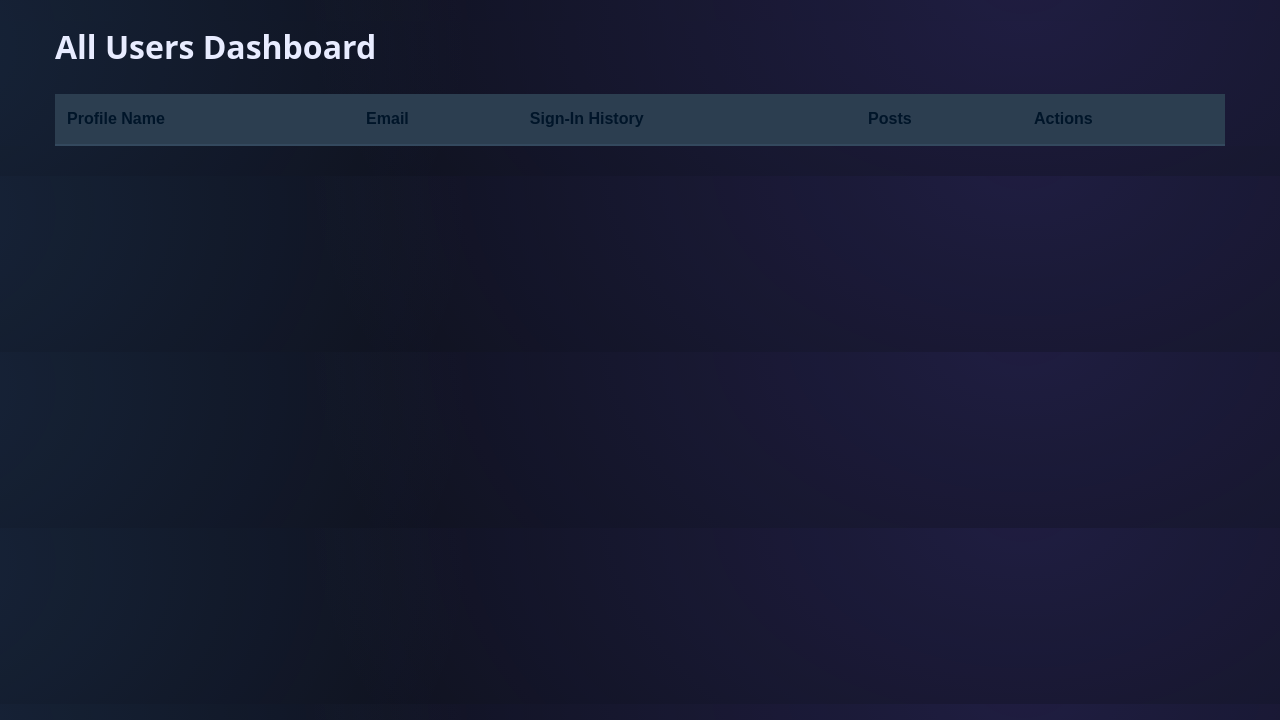
Repository: burhannaseer/CloudClips
Page: dashboard.html
The author's editor kept a copy of each file at every save. The page is drawn from the files as they stood at one save, then again after the next save.
The browser window is 1280 px wide. The pictures show the whole page.

Above is the page before, as saved 2025-08-14 12:16:08.

### dashboard.html
<!DOCTYPE html>
<html lang="en">
<head>
  <meta charset="UTF-8" />
  <meta name="viewport" content="width=device-width, initial-scale=1.0"/>
  <title>All Users Dashboard</title>
  <link rel="stylesheet" href="styles.css"/>
</head>
<body>
  <div class="dashboard-container">
    <h1>All Users Dashboard</h1>

    <table class="dashboard-table">
      <thead>
        <tr>
          <th>Profile Name</th>
          <th>Email</th>
          <th>Sign-In History</th>
          <th>Posts</th>
          <th>Actions</th>
        </tr>
      </thead>
      <tbody id="dashboardBody"></tbody>
    </table>
  </div>

  <!-- Edit Modal -->
  <div id="edit-profile-modal" class="modal" style="display:none;">
    <div class="modal-content">
      <span class="close" onclick="cancelEdit()">&times;</span>
      <h2>Edit Profile</h2>
      <form id="editProfileForm">
        <input type="hidden" id="editUserEmail" />
        <label>First Name</label>
        <input type="text" id="editFirstName" required />
        <label>Last Name</label>
        <input type="text" id="editLastName" required />
        <label>Phone</label>
        <input type="text" id="editPhone" required />
        <button type="submit">Save</button>
      </form>
    </div>
  </div>

  <script>
    const users = JSON.parse(localStorage.getItem('users')) || [];
    const signInHistory = JSON.parse(localStorage.getItem('signInHistory')) || {};
    const posts = JSON.parse(localStorage.getItem('posts')) || [];
    const loggedInUser = JSON.parse(localStorage.getItem('loggedInUser'));
    const dashboardBody = document.getElementById('dashboardBody');

    function renderDashboard() {
      dashboardBody.innerHTML = '';

      const allUsers = JSON.parse(localStorage.getItem('users')) || [];

      allUsers.forEach(user => {
        const tr = document.createElement('tr');

        const nameTd = document.createElement('td');
        nameTd.textContent = `${user.firstName} ${user.lastName}`;
        const emailTd = document.createElement('td');
        emailTd.textContent = user.email;

        const historyTd = document.createElement('td');
        const history = signInHistory[user.email] || [];
        historyTd.innerHTML = history.length
          ? '<ul>' + history.map(h => `<li>${new Date(h).toLocaleString()}</li>`).join('') + '</ul>'
          : '—';

        const postsTd = document.createElement('td');
        const userPosts = posts.filter(p => p.userEmail === user.email);
        postsTd.innerHTML = userPosts.length
          ? '<ul>' + userPosts.map(p => `<li>${p.title || 'Untitled'}</li>`).join('') + '</ul>'
          : '—';

        const actionsTd = document.createElement('td');
        if (loggedInUser && loggedInUser.email === user.email) {
          const editBtn = document.createElement('button');
          editBtn.textContent = 'Edit';
          editBtn.onclick = () => showEditForm(user);
          actionsTd.appendChild(editBtn);
        }

        const deleteBtn = document.createElement('button');
        deleteBtn.textContent = 'Delete';
        deleteBtn.onclick = () => deleteUser(user.email);
        actionsTd.appendChild(deleteBtn);

        tr.append(nameTd, emailTd, historyTd, postsTd, actionsTd);
        dashboardBody.appendChild(tr);
      });
    }

    function showEditForm(user) {
      document.getElementById('editUserEmail').value = user.email;
      document.getElementById('editFirstName').value = user.firstName;
      document.getElementById('editLastName').value = user.lastName;
      document.getElementById('editPhone').value = user.phone || '';
      document.getElementById('edit-profile-modal').style.display = 'block';
    }

    function cancelEdit() {
      document.getElementById('edit-profile-modal').style.display = 'none';
    }

    document.getElementById('editProfileForm').addEventListener('submit', function(e) {
      e.preventDefault();
      const email = document.getElementById('editUserEmail').value;
      const updatedFirstName = document.getElementById('editFirstName').value.trim();
      const updatedLastName = document.getElementById('editLastName').value.trim();
      const updatedPhone = document.getElementById('editPhone').value.trim();

      let allUsers = JSON.parse(localStorage.getItem('users')) || [];

      allUsers = allUsers.map(u => {
        if (u.email === email) {
          return { ...u, firstName: updatedFirstName, lastName: updatedLastName, phone: updatedPhone };
        }
        return u;
      });

      localStorage.setItem('users', JSON.stringify(allUsers));

      if (loggedInUser && loggedInUser.email === email) {
        const updatedUser = { ...loggedInUser, firstName: updatedFirstName, lastName: updatedLastName, phone: updatedPhone };
        localStorage.setItem('loggedInUser', JSON.stringify(updatedUser));
      }

      alert('Profile updated.');
      cancelEdit();
      renderDashboard();
    });

    function deleteUser(email) {
      if (!confirm('Are you sure you want to delete this user?')) return;

      let allUsers = JSON.parse(localStorage.getItem('users')) || [];
      allUsers = allUsers.filter(u => u.email !== email);
      localStorage.setItem('users', JSON.stringify(allUsers));

      const postList = JSON.parse(localStorage.getItem('posts')) || [];
      const updatedPosts = postList.filter(p => p.userEmail !== email);
      localStorage.setItem('posts', JSON.stringify(updatedPosts));

      const history = JSON.parse(localStorage.getItem('signInHistory')) || {};
      delete history[email];
      localStorage.setItem('signInHistory', JSON.stringify(history));

      if (loggedInUser && loggedInUser.email === email) {
        localStorage.removeItem('loggedInUser');
        alert('Your account was deleted. Redirecting to sign in.');
        window.location.href = 'signin.html';
        return;
      }

      renderDashboard();
    }

    renderDashboard();
  </script>
</body>
</html>

### styles.css
/* Clean Classic Instagram Clone Theme */

body {
  font-family: Arial, sans-serif;
  background-color: #f5f5f5;
  color: hsl(212, 100%, 51%);
  margin: 0;
  padding: 0;
}

.container {
  width: 90%;
  max-width: 800px;
  margin: 0 auto;
}

header {
  background-color: #2e4dff;
  color: white;
  padding: 15px 0;
  text-align: center;
}

header h1 {
  margin: 0;
  font-size: 1.6em;
}

header nav {
  margin-top: 10px;
}

header nav a {
  color: white;
  text-decoration: none;
  margin: 0 12px;
  font-weight: bold;
}

header nav a:hover {
  text-decoration: underline;
}

main {
  margin-top: 30px;
}

form {
  background-color: white;
  padding: 20px;
  border-radius: 8px;
  margin-bottom: 30px;
  box-shadow: 0 0 5px rgba(0, 0, 0, 0.1);
}

input, textarea {
  width: 100%;
  margin-bottom: 15px;
  padding: 10px;
  font-size: 1rem;
  border: 1px solid #ccc;
  border-radius: 4px;
}

input[type="file"] {
  padding: 6px;
}

button {
  padding: 10px 15px;
  background-color: #333;
  color: white;
  border: none;
  border-radius: 4px;
  font-weight: bold;
  cursor: pointer;
}

button:hover {
  background-color: #555;
}

.feed {
  display: flex;
  flex-direction: column;
  gap: 20px;
}

.post {
  background-color: white;
  border-radius: 10px;
  padding: 15px;
  box-shadow: 0 0 10px rgba(0,0,0,0.05);
}

.post h3 {
  margin-bottom: 10px;
  font-size: 1.2rem;
}

.post img,
.post video {
  width: 100%;
  border-radius: 6px;
  margin-bottom: 10px;
}

.post p {
  margin: 0 0 10px;
}

.actions {
  display: flex;
  justify-content: start;
  gap: 15px;
  font-size: 1.2rem;
}

.actions span {
  cursor: pointer;
}

.actions span:hover {
  opacity: 0.7;
}

footer {
  background-color: #2e4dff;
  color: white;
  text-align: center;
  padding: 10px 0;
  margin-top: 50px;
  font-size: 0.9em;
}

/* Responsive */
@media (max-width: 600px) {
  header nav {
    display: flex;
    flex-direction: column;
    gap: 8px;
  }
}
/* Container for the entire dashboard */
.dashboard-container {
  max-width: 1200px;
  margin: 20px auto;
  padding: 0 15px;
  box-sizing: border-box;
}

/* Table styling */
.dashboard-table {
  width: 100%;
  border-collapse: collapse;
  margin-bottom: 30px;
  font-family: Arial, sans-serif;
}

/* Header row */
.dashboard-table thead {
  background-color: #2c3e50;
  color: #001529;
}

.dashboard-table th {
  padding: 12px;
  text-align: left;
  font-size: 1rem;
  border-bottom: 2px solid #34495e;
}

/* Body rows */
.dashboard-table tbody tr {
  border-bottom: 1px solid #ffff;
}

.dashboard-table tbody tr:nth-child(even) {
  background-color: #001529;
}

.dashboard-table td {
  padding: 12px;
  vertical-align: top;
  font-size: 0.9rem;
}

/* Actions column (e.g., edit, delete buttons) */
.dashboard-table .actions {
  display: flex;
  gap: 8px;
}

.dashboard-table .actions button {
  padding: 6px 12px;
  border: none;
  border-radius: 4px;
  cursor: pointer;
  font-size: 0.85rem;
  background-color: #3498db;
  color: #fff;
  transition: background-color 0.2s;
}

.dashboard-table .actions button:hover {
  background-color: #2980b9;
}

/* Responsive: horizontal scroll on small screens */
@media (max-width: 768px) {
  .dashboard-table {
    display: block;
    overflow-x: auto;
    white-space: nowrap;
  }
}



/* ========== CloudClips Theme Enhancements ========== */
:root{
  --bg: #0f1220;
  --surface: #151a2d;
  --surface-2: #1b2140;
  --text: #e8ecff;
  --muted: #a9b1d6;
  --primary: #7c5cff;
  --primary-2: #4fb3ff;
  --accent: #00d4ff;
  --success: #27c93f;
  --danger: #ff5573;
  --warn: #ffb020;
  --shadow: 0 10px 30px rgba(0,0,0,.35);
}

*{box-sizing:border-box}
html,body{
  margin:0;
  padding:0;
  background: radial-gradient(1200px 800px at 80% -10%, rgba(124,92,255,.15), transparent 60%),
              radial-gradient(1000px 700px at -10% 20%, rgba(79,179,255,.12), transparent 60%),
              var(--bg);
  color:var(--text);
  font-family: ui-sans-serif, system-ui, -apple-system, Segoe UI, Roboto, Inter, "Helvetica Neue", Arial, "Noto Sans", "Apple Color Emoji", "Segoe UI Emoji";
  line-height:1.6;
  scroll-behavior:smooth;
}

/* Container */
.container{width:min(1100px, 92%); margin:0 auto;}

/* Navbar */
.navbar{
  position:sticky; top:0; z-index:50;
  backdrop-filter: saturate(160%) blur(8px);
  background: linear-gradient( to bottom, rgba(10,12,24,.9), rgba(10,12,24,.6) );
  border-bottom: 1px solid rgba(255,255,255,.06);
}
.navbar-inner{ display:flex; align-items:center; justify-content:space-between; padding:14px 0; }
.brand{
  display:flex; align-items:center; gap:10px; font-weight:800; letter-spacing:.3px;
  text-decoration:none; color:var(--text); font-size:1.1rem;
}
.brand-badge{
  display:inline-grid; place-items:center; width:34px;height:34px; border-radius:10px;
  background: linear-gradient(135deg, var(--primary), var(--accent));
  box-shadow: 0 8px 18px rgba(124,92,255,.35), inset 0 1px 0 rgba(255,255,255,.2);
  font-weight:900;
}
.nav-actions{ display:flex; align-items:center; gap:10px; }
.theme-toggle, .btn{
  border:1px solid rgba(255,255,255,.1);
  background: linear-gradient(180deg, var(--surface), var(--surface-2));
  color:var(--text);
  padding:10px 14px; border-radius:12px; cursor:pointer;
  transition: transform .12s ease, background .3s ease, border-color .3s ease, box-shadow .3s ease;
  box-shadow: 0 6px 16px rgba(0,0,0,.25);
}
.theme-toggle:hover, .btn:hover{ transform: translateY(-1px); border-color: rgba(255,255,255,.2); }
.btn:active{ transform: translateY(0); }

/* Buttons */
.btn-primary{
  background: linear-gradient(135deg, var(--primary), var(--primary-2));
  border: none;
}
.btn-outline{ background: transparent; border:1px solid rgba(255,255,255,.18); }
.btn-ghost{ background: transparent; border:none; }
.btn-pill{ border-radius:999px; padding:10px 18px; }

/* Cards */
.card{
  background: linear-gradient(180deg, rgba(255,255,255,.04), rgba(255,255,255,.02));
  border:1px solid rgba(255,255,255,.08);
  border-radius:18px; padding:18px;
  box-shadow: var(--shadow);
  transition: transform .2s ease, box-shadow .2s ease, border-color .2s ease;
}
.card:hover{ transform: translateY(-3px); border-color: rgba(255,255,255,.15); }

/* Inputs */
.input, input[type="text"], input[type="email"], input[type="password"], input[type="file"], textarea, select{
  width:100%; padding:12px 14px; border-radius:12px;
  background: linear-gradient(180deg, var(--surface), var(--surface-2));
  border:1px solid rgba(255,255,255,.1); color:var(--text);
  outline:none; transition: border-color .2s ease, box-shadow .2s ease;
}
.input:focus, input:focus, textarea:focus, select:focus{
  border-color: var(--primary); box-shadow: 0 0 0 3px rgba(124,92,255,.25);
}

/* Grid */
.grid{ display:grid; gap:16px; }
.grid-2{ grid-template-columns: repeat(2, minmax(0,1fr)); }
.grid-3{ grid-template-columns: repeat(3, minmax(0,1fr)); }
@media (max-width: 900px){ .grid-3{ grid-template-columns: 1fr 1fr; } }
@media (max-width: 640px){ .grid-2, .grid-3{ grid-template-columns: 1fr; } }

/* Hero */
.hero{
  padding:64px 0 34px;
}
.hero h1{ font-size: clamp(1.8rem, 4vw, 2.4rem); line-height:1.2; margin:0 0 10px; }
.hero p{ color: var(--muted); margin:0 0 18px; }

/* Footer */
.footer{
  margin-top:40px; padding:22px 0; text-align:center;
  border-top: 1px solid rgba(255,255,255,.08);
  color:var(--muted);
}

/* Reveal Animations */
.reveal{ opacity:0; transform: translateY(16px) scale(.98); transition: opacity .6s ease, transform .6s cubic-bezier(.2,.7,.1,1); }
.reveal.show{ opacity:1; transform: none; }

/* Hover Zoom for media tiles */
.media-tile{
  position:relative; overflow:hidden; border-radius:16px;
  aspect-ratio: 1 / 1.2; background: #0a0d1c;
  border:1px solid rgba(255,255,255,.06);
}
.media-tile img, .media-tile video{
  width:100%; height:100%; object-fit:cover; display:block;
  transition: transform .5s ease;
}
.media-tile:hover img, .media-tile:hover video{ transform: scale(1.05); }

/* Link */
a{ color: var(--primary-2); text-decoration:none; }
a:hover{ text-decoration:underline; }

/* Utility */
.mt-2{ margin-top:8px } .mt-4{ margin-top:16px } .mt-6{ margin-top:24px }
.mb-2{ margin-bottom:8px } .mb-4{ margin-bottom:16px } .mb-6{ margin-bottom:24px }

/* Dark/Light toggle support */
.light body, body.light{
  background: #f6f7fb;
  color:#0b0e1a;
}
.light .navbar{ background: rgba(255,255,255,.8); border-bottom: 1px solid rgba(0,0,0,.06); }
.light .card{ background: white; border-color: rgba(0,0,0,.08); }
.light .btn, .light .input{ background:white; color:#0b0e1a; border-color: rgba(0,0,0,.1); }
.light a{ color:#2d5fff; }
.light .media-tile{ border-color: rgba(0,0,0,.08); }

After the next save:
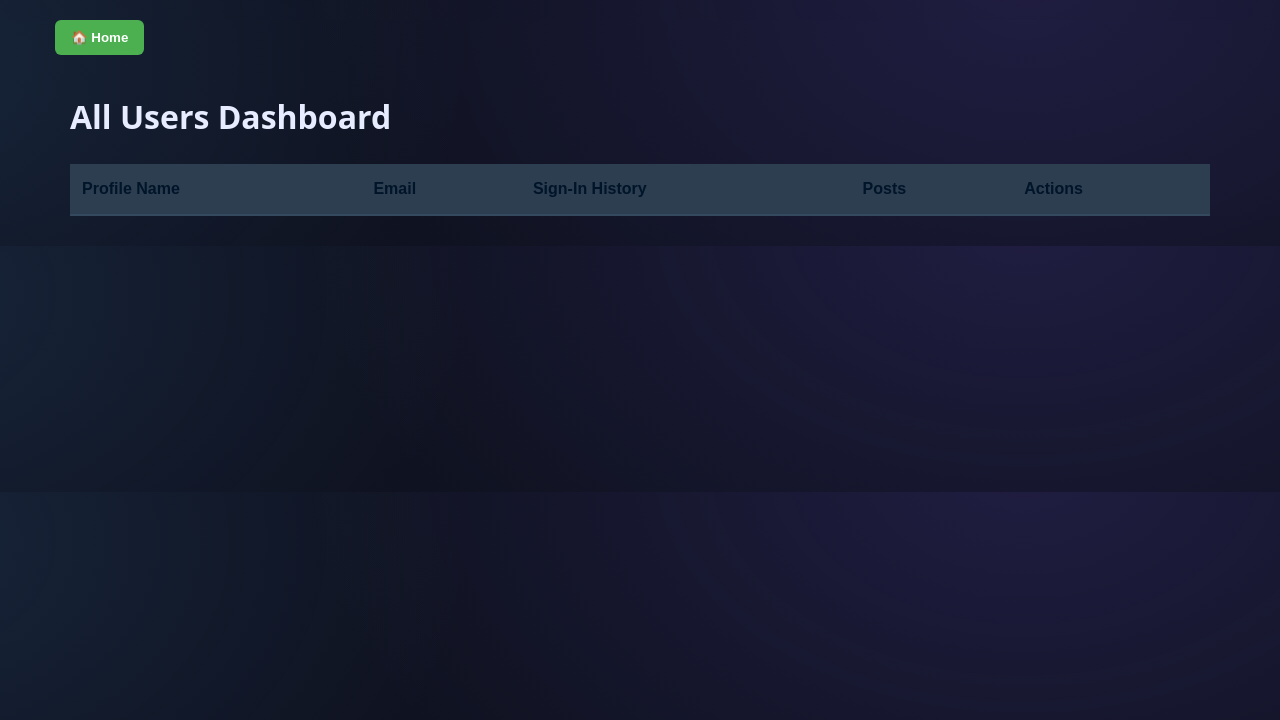
Saved 89 s later.
--- a/dashboard.html
+++ b/dashboard.html
@@ -3,10 +3,17 @@
 <head>
   <meta charset="UTF-8" />
   <meta name="viewport" content="width=device-width, initial-scale=1.0"/>
-  <title>All Users Dashboard</title>
+  <title>CloudClips</title>
   <link rel="stylesheet" href="styles.css"/>
 </head>
 <body>
+  <div class="dashboard-container">
+    <!-- Home Button -->
+    <button
+      onclick="window.location.href='index.html'"
+      style="background:#4CAF50; color:white; border:none; padding:10px 16px; border-radius:6px; cursor:pointer; margin-bottom:15px;">
+      🏠 Home
+    </button>
   <div class="dashboard-container">
     <h1>All Users Dashboard</h1>
 
